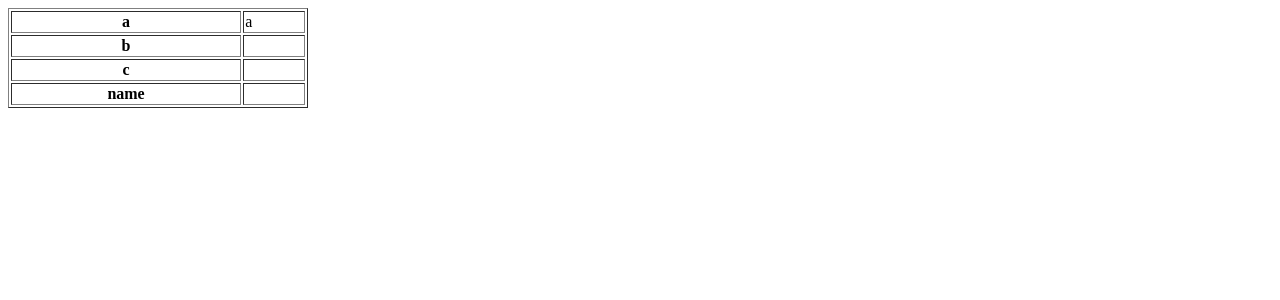
Repository: githubdohun/JSP
Page: http://localhost/JSPTest/ex03.jsp
An editor plug-in stored every save of this project. The page is shown before and after the next save, followed by the edit.
The browser window is 1280 px wide. The pictures show the whole page.
The page is served by Tomcat 9.

Above is the page before, as saved 2023-10-17 05:25:04.

### JSPTest/src/main/webapp/ex03.jsp
<%@ page language="java" contentType="text/html; charset=UTF-8"
    pageEncoding="UTF-8"%>
<!DOCTYPE html>
<html>
<head>
<meta charset="UTF-8">
<title>Insert title here</title>
</head>
<body>
	<%

		//자바 영역
		int a = 10;
		int b = 20;
		int c = a + b;
		String name = "홍길동";

	%>

	<table border="1" width="300">
		<tr>
			<th>a</th>
			<td>a</td>
		</tr>
		<tr>
			<th>b</th>
			<td></td>
		</tr>
		<tr>
			<th>c</th>
			<td></td>
		</tr>
		<tr>
			<th>name</th>
			<td></td>
		</tr>
	</table>

</body>
</html>

After the next save:
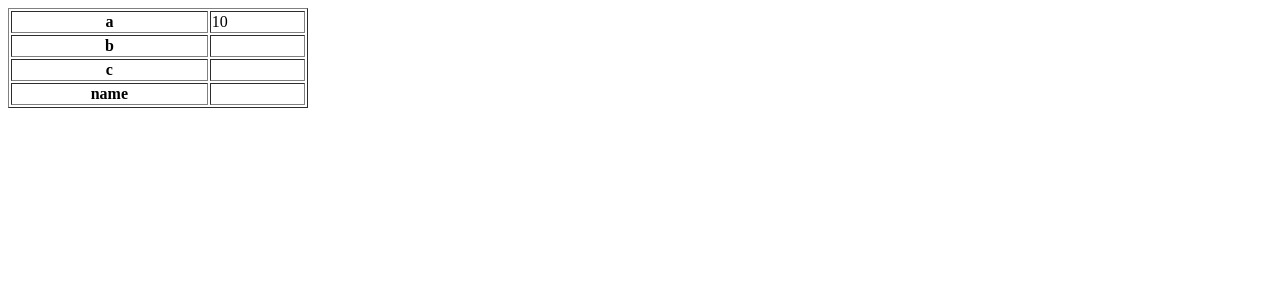
Saved 16 s later.
--- a/JSPTest/src/main/webapp/ex03.jsp
+++ b/JSPTest/src/main/webapp/ex03.jsp
@@ -20,7 +20,7 @@
 	<table border="1" width="300">
 		<tr>
 			<th>a</th>
-			<td>a</td>
+			<td><%= a %></td>
 		</tr>
 		<tr>
 			<th>b</th>
